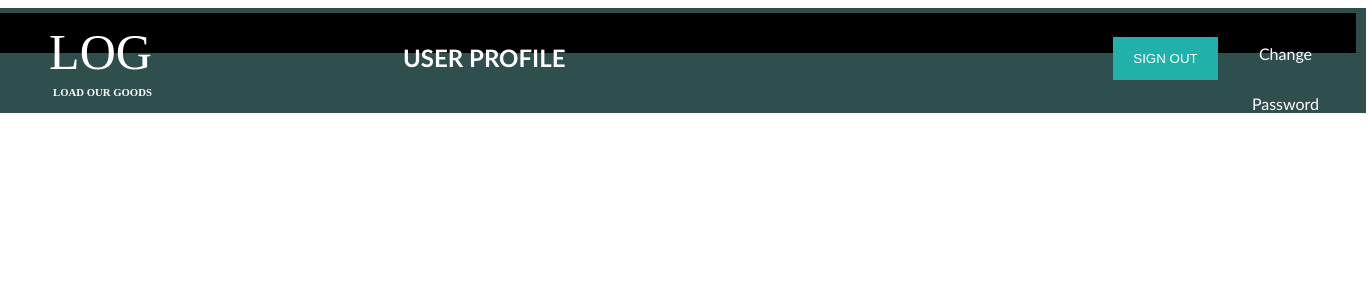
Repository: NAYAN9534/vehicle-booking-system
Page: minor/WebContent/userprofile.html
An editor plug-in stored every save of this project. The page is shown before and after the next save, followed by the edit.
The browser window is 1280 px wide. The page is 1366 px wide, then 1368 px, so the pictures cover 1368 px, including what lies to the right of the window. The pictures show the whole page.

Above is the page before, as saved 2017-05-29 05:34:41.

After the next save:
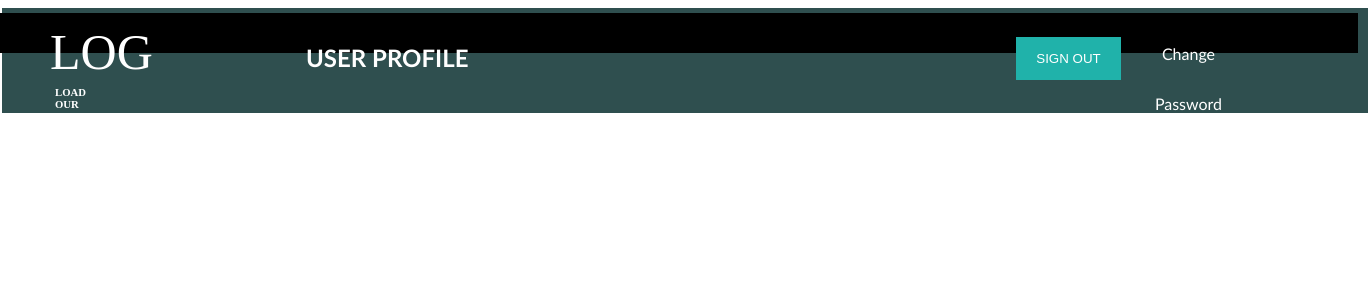
Saved 56 s later.
--- a/minor/WebContent/userprofile.html
+++ b/minor/WebContent/userprofile.html
@@ -13,13 +13,13 @@
 
        height:70px;
        width:1366px;
-       margin-left: -8px;
+       margin-left: -6px;
 
   }
   #header_img
   {
        float:left;
-       width: 100px;
+       width: 1px;
        height: 80px;
        margin-left: 53px;
 
